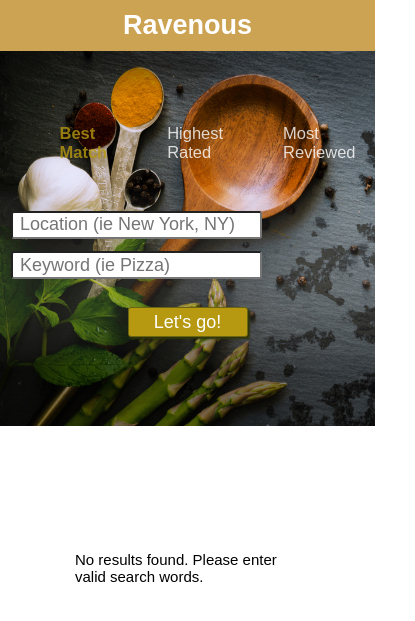
Repository: LolaSL/Ravenous
Page: /
These files come from the project's save history. The page is drawn as it stood at one moment and after a run of saves; the edit follows.
The browser window is 375 px wide. The page is 375 px wide, then 415 px, so the pictures cover 415 px, including what lies to the right of the window. The pictures show the whole page.
The page's requests for data from a server got no answer. The project was rebuilt for these pictures with package versions that can differ from the ones it lists, and the page was loaded fresh each time. No one was signed in, and anything a server would have sent is missing. Also part of the build but not shown: src/Business/Business.js.

Above is the page before, as saved 2024-03-24 12:26:34.

After the next 5 saves:
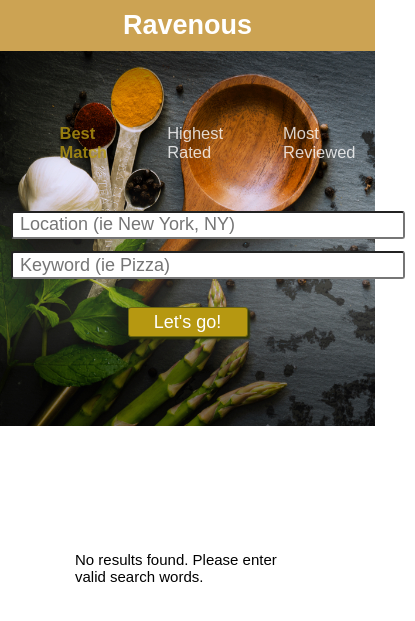
The 5 saves are shown as one change because they came seconds apart.
The last was saved 29 s later.
--- a/src/SearchBar/SearchBar.css
+++ b/src/SearchBar/SearchBar.css
@@ -82,7 +82,7 @@ hr {
 
   .search-input {
     margin-right: 0 auto;
-justify-content: center;
+width: 100%;
     margin-bottom: 0.86rem;
   }
 
